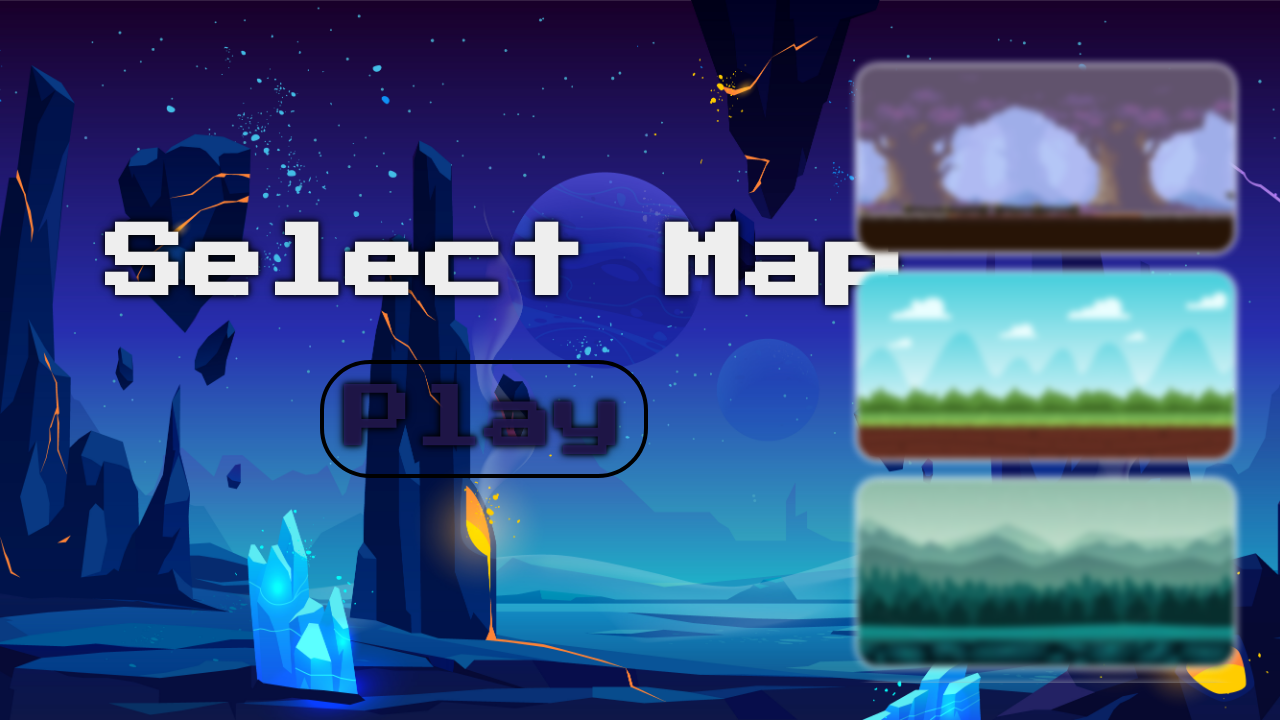
Repository: Gaurav31052/Fighting-game
Page: home.html
The author's editor kept a copy of each file at every save. The page is drawn from the files as they stood at one save, then again after the next save.
The browser window is 1280 px wide. The pictures show the whole page.
An inner scrolling area shows only its first screen.

Above is the page before, as saved 2024-06-06 23:43:04.

After the next save:
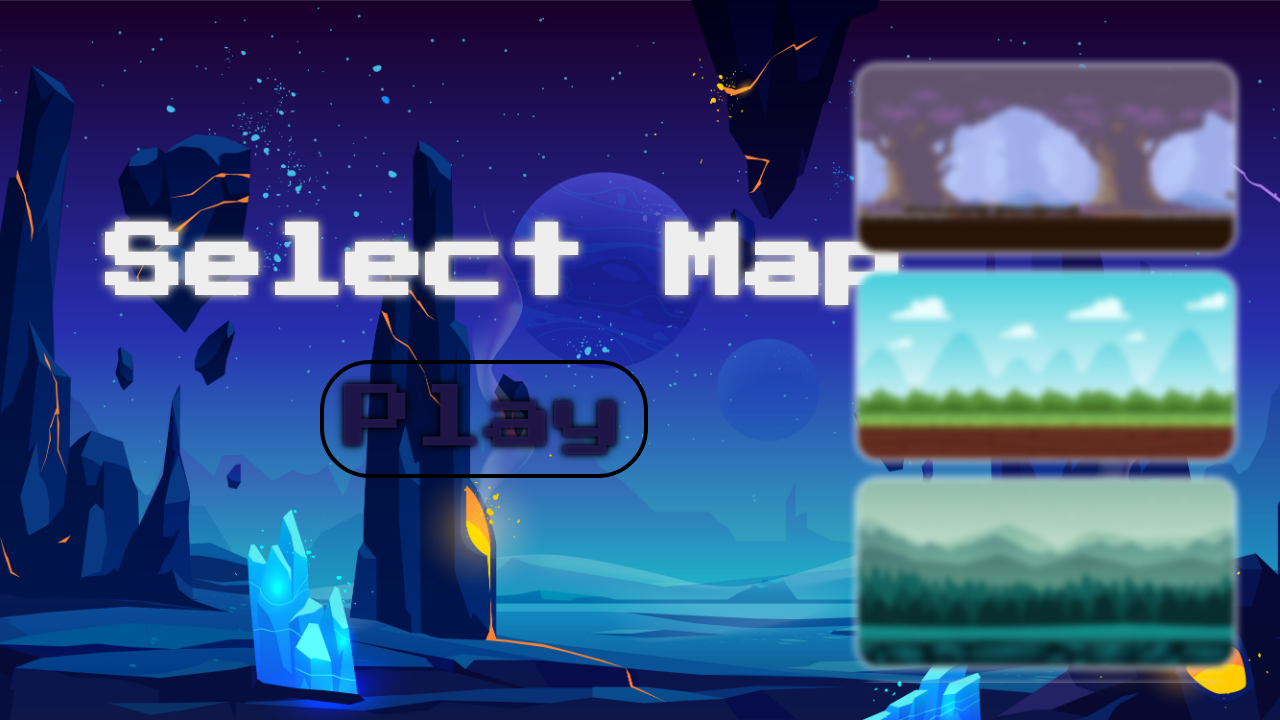
Saved 22 s later.
--- a/style.css
+++ b/style.css
@@ -71,7 +71,7 @@ a {
     justify-content: space-around;
     align-items: center;
     font-family: "Press Start 2P", system-ui;
-    text-shadow: 0 0 10px #000000, 0 0 5px #000000;
+    text-shadow: 0 0 10px #fffbfb, 0 0 5px #000000;
 }
 .MapName>h1{
     font-size: 80px;
